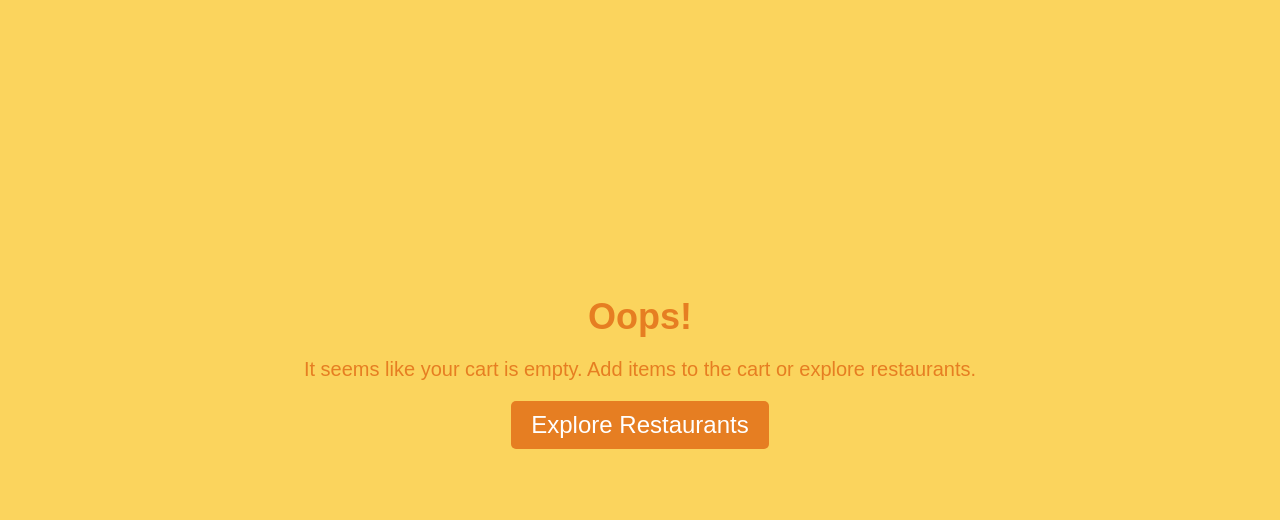
Repository: SWATHIBHUMA/FoodDelivaryApp
Page: http://localhost/FoodDelivaryApp/errorPage.jsp
An editor plug-in stored every save of this project. The page is shown before and after the next save, followed by the edit.
The browser window is 1280 px wide. The pictures show the whole page.
The page is served by Tomcat 9. Other server files are loaded and not shown.

Above is the page before, as saved 2024-01-14 12:01:51.

### FoodDelivaryApp/src/main/webapp/errorPage.jsp
<%@ page language="java" contentType="text/html; charset=UTF-8" pageEncoding="UTF-8"%>

<!DOCTYPE html>
<html lang="en">
<head>
    <meta charset="UTF-8">
    <meta http-equiv="X-UA-Compatible" content="IE=edge">
    <meta name="viewport" content="width=device-width, initial-scale=1.0">
    <title>Error - Nothing in Cart</title>
    <style>
        body {
            font-family: 'Arial', sans-serif;
            background-color: #fbd45d; /* Warm yellow background */
            margin: 0;
            padding: 0;
            display: flex;
            align-items: center;
            justify-content: center;
            height: 100vh;
            text-align: center;
        }

        h1 {
            color: #e67e22; /* Dark orange text */
            margin-bottom: 20px;
            font-size: 36px; /* Increased font size */
            animation: bounce 1s forwards; /* Change infinite to forwards for single time bounce */
        }

        p {
            color: #e67e22; /* Dark orange text */
            font-size: 20px; /* Increased font size */
            animation: fadeIn 1s ease; /* Add fade-in animation */
        }

        button {
            background-color: #e67e22; /* Dark orange button color */
            color: #ffffff; /* White button text color */
            padding: 10px 20px;
            font-size: 24px; /* Increased font size */
            border: none;
            border-radius: 5px;
            cursor: pointer;
            transition: background-color 0.3s ease;
        }

        button:hover {
            background-color: #d35400; /* Darker orange on hover */
        }

        @keyframes bounce {
            0%, 20%, 50%, 80%, 100% {
                transform: translateY(0);
            }
            40% {
                transform: translateY(-20px);
            }
            60% {
                transform: translateY(-10px);
            }
        }

        @keyframes fadeIn {
            from {
                opacity: 0;
            }
            to {
                opacity: 1;
            }
        }
    </style>
</head>
<body>
    <div>
        <h1>Oops!</h1>
        <p>It seems like your cart is empty. Add items to the cart or explore restaurants.</p>
        <button onclick="window.location.href='<%= request.getContextPath() %>/Restaurents'" class="back-to-restaurants-btn">Explore Restaurants</button>
    </div>
</body>
</html>

After the next save:
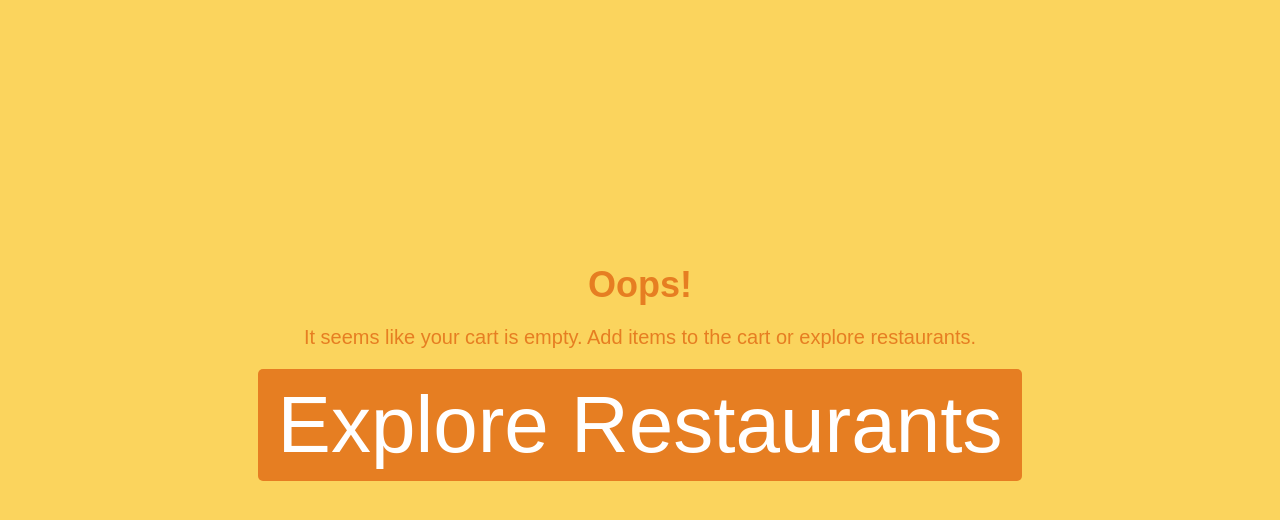
Saved 20 s later.
--- a/FoodDelivaryApp/src/main/webapp/errorPage.jsp
+++ b/FoodDelivaryApp/src/main/webapp/errorPage.jsp
@@ -37,7 +37,7 @@
             background-color: #e67e22; /* Dark orange button color */
             color: #ffffff; /* White button text color */
             padding: 10px 20px;
-            font-size: 24px; /* Increased font size */
+            font-size: 80px; /* Increased font size */
             border: none;
             border-radius: 5px;
             cursor: pointer;
